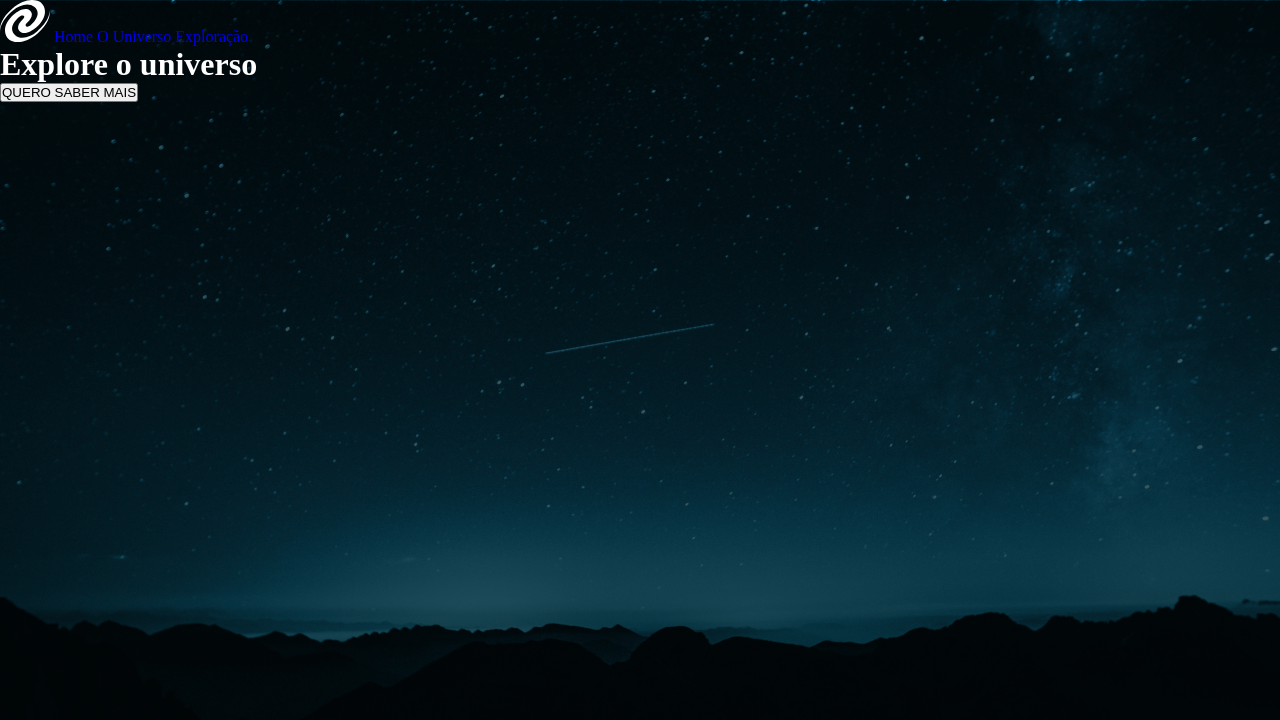
Repository: eltonneiferson/spaUniverse
Page: index.html
An editor plug-in stored every save of this project. The page is shown before and after a run of saves, followed by the edit.
The browser window is 1280 px wide. The pictures show the whole page.

Above is the page before, as saved 2022-10-26 22:03:32.

### index.html
<!DOCTYPE html>
<html lang="pt-br">

<head>
    <meta charset="UTF-8" />
    <meta http-equiv="X-UA-Compatible" content="IE=edge" />
    <meta name="viewport" content="width=device-width, initial-scale=1.0" />
    <meta name="author" content="Elton Neiferson" />
    <title>Universe</title>

    <link rel="stylesheet" href="stylle.css">
    <link rel="preconnect" href="https://fonts.googleapis.com">
    <link rel="preconnect" href="https://fonts.gstatic.com" crossorigin>
    <link href="https://fonts.googleapis.com/css2?family=Roboto:wght@700&display=swap" rel="stylesheet">
</head>

<body>
    <nav>
        <svg width="50" height="42" viewBox="0 0 50 42" fill="none" xmlns="http://www.w3.org/2000/svg">
            <path d="M31.5423 0.00979035C26.1727 0.174742 19.3604 2.47181 12.1375 8.73785C-2.6197 21.4919 0.219149 31.6427 0.219149 31.6427C0.219149 31.6427 -1.31407 22.7633 12.6765 10.655C19.9593 4.35869 28.9789 2.29019 34.5368 6.97206C39.5198 11.1696 38.7771 18.2731 30.3445 25.5381C27.0864 28.1212 23.6007 25.8307 27.0504 22.7633C27.4347 22.4396 27.7717 22.1194 28.0686 21.8047C31.2762 18.6232 33.7461 13.7222 29.9252 10.5036C25.3256 6.46755 17.5038 11.1696 14.054 14.237C3.12987 23.7622 2.8903 33.9231 9.02317 39.4122C13.2395 42.964 24.7506 44.3867 37.5913 33.4085C52.3485 20.6544 49.5097 10.5036 49.5097 10.5036C49.5097 10.5036 51.0429 19.3831 37.0523 31.4914C29.7695 37.7877 20.7499 39.9066 15.192 35.2248C10.209 31.0272 10.9517 23.9237 19.3844 16.6587C22.8341 13.9142 26.3078 16.1643 22.858 19.2317C22.4738 19.5554 22.1368 19.8756 21.8399 20.1903C18.6323 23.3718 16.1624 28.2728 19.9833 31.4914C24.5829 35.5275 32.2131 30.664 35.8545 27.758C46.9703 18.2328 47.0182 8.0719 40.8853 2.5828C39.0407 1.02891 35.7186 -0.118506 31.5423 0.00979035Z" fill="white" />
        </svg>
        <a href="/">Home</a>
        <a href="/universe.html">O Universo</a>
        <a href="/exploration.html">Exploração</a>
    </nav>
    <main>
        <h1>Explore o universo</h1>
        <button>QUERO SABER MAIS</button>
    </main>
</body>

</html>

### stylle.css
* {
    margin: 0;
    padding: 0;
    box-sizing: border-box;
    text-decoration: none;
}

:root {
    --font-color: white;
    --default-font: 'Roboto', sans-serif;
}

body {
    min-height: 100vh;
    background-image: url(bkg1.png);
    background-position: bottom;
    background-size: cover;
    color: var(--font-color);
    font-family: ;
}

After the next 2 saves:
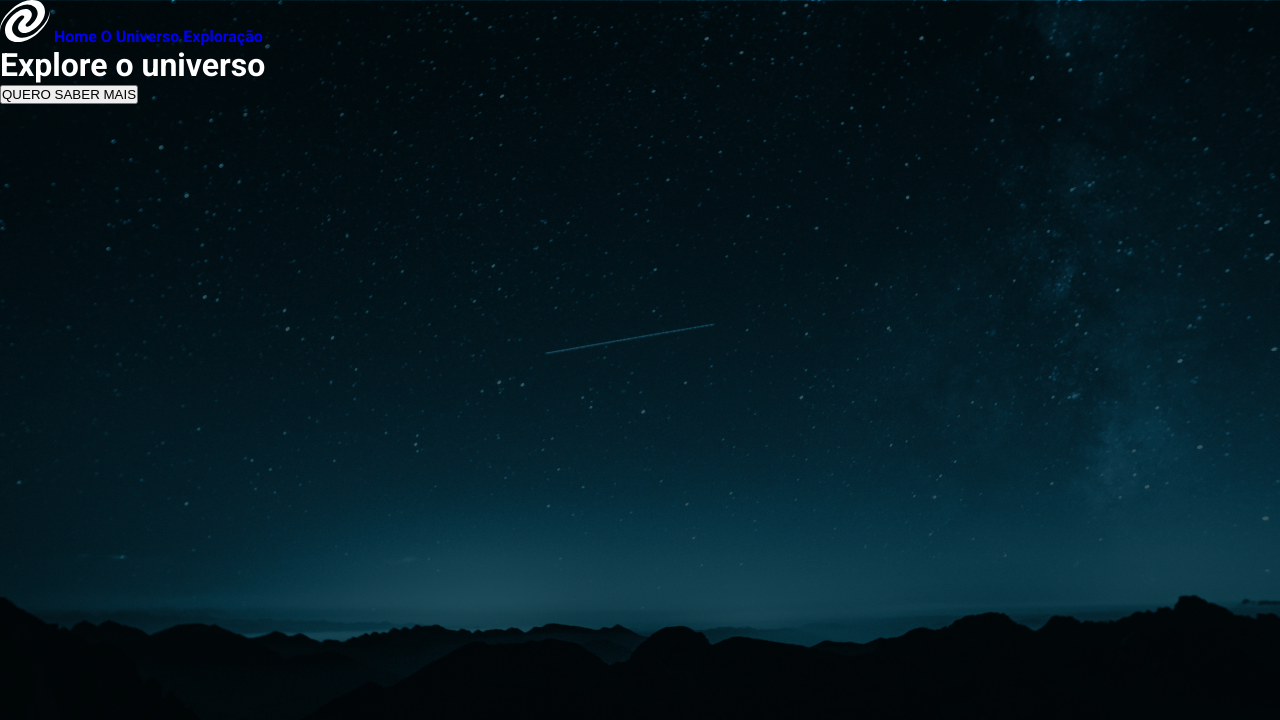
The 2 saves are shown as one change because they came seconds apart.
The last was saved 7 s later.
--- a/stylle.css
+++ b/stylle.css
@@ -16,5 +16,5 @@ body {
     background-position: bottom;
     background-size: cover;
     color: var(--font-color);
-    font-family: ;
+    font-family: var(--default-font);
 }
